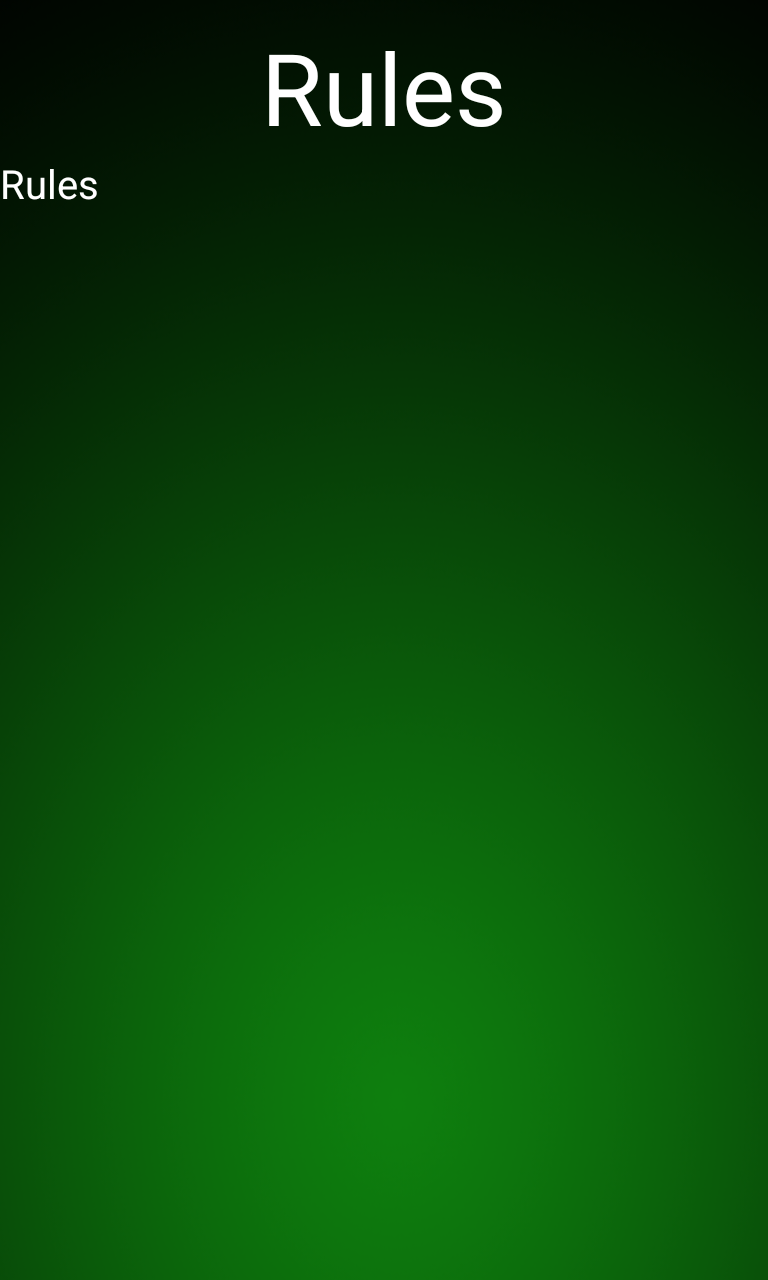
Repository: jwu14/AAProductions
Layout: EgyptianRatscrew/res/layout/activity_rules.xml
These files come from the project's save history. The layout is drawn as it stood at one moment and after the next save; the edit follows.
It is drawn on a 768 x 1280 px phone screen (xhdpi) without system bars, with theme AppTheme; the app's code is not run.

Above is the layout before, as saved 2013-03-06 21:13:59.

After the next save:
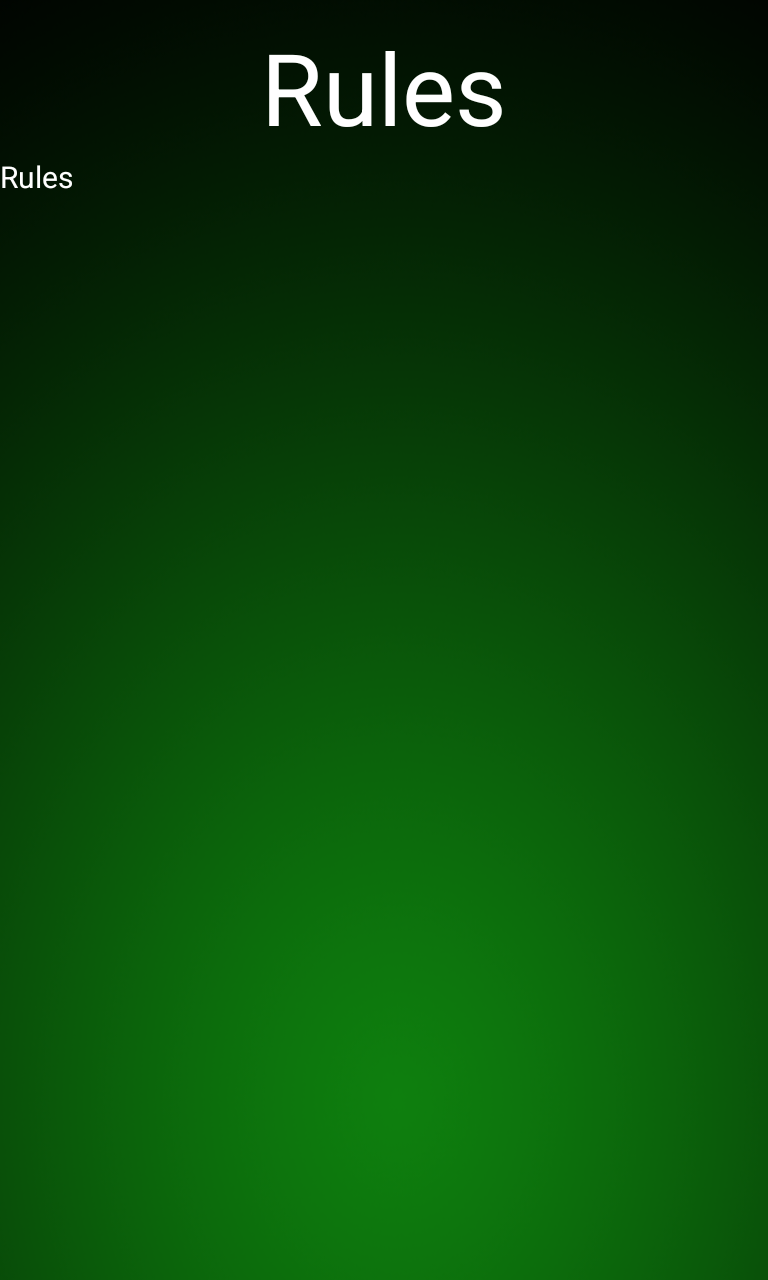
Saved 9 s later.
--- a/EgyptianRatscrew/res/layout/activity_rules.xml
+++ b/EgyptianRatscrew/res/layout/activity_rules.xml
@@ -27,6 +27,6 @@
         android:clickable="false"
         android:text="Rules"
         android:textColor="#FFFFFF"
-        android:textSize="20sp" />
+        android:textSize="15sp" />
 
 </LinearLayout>
